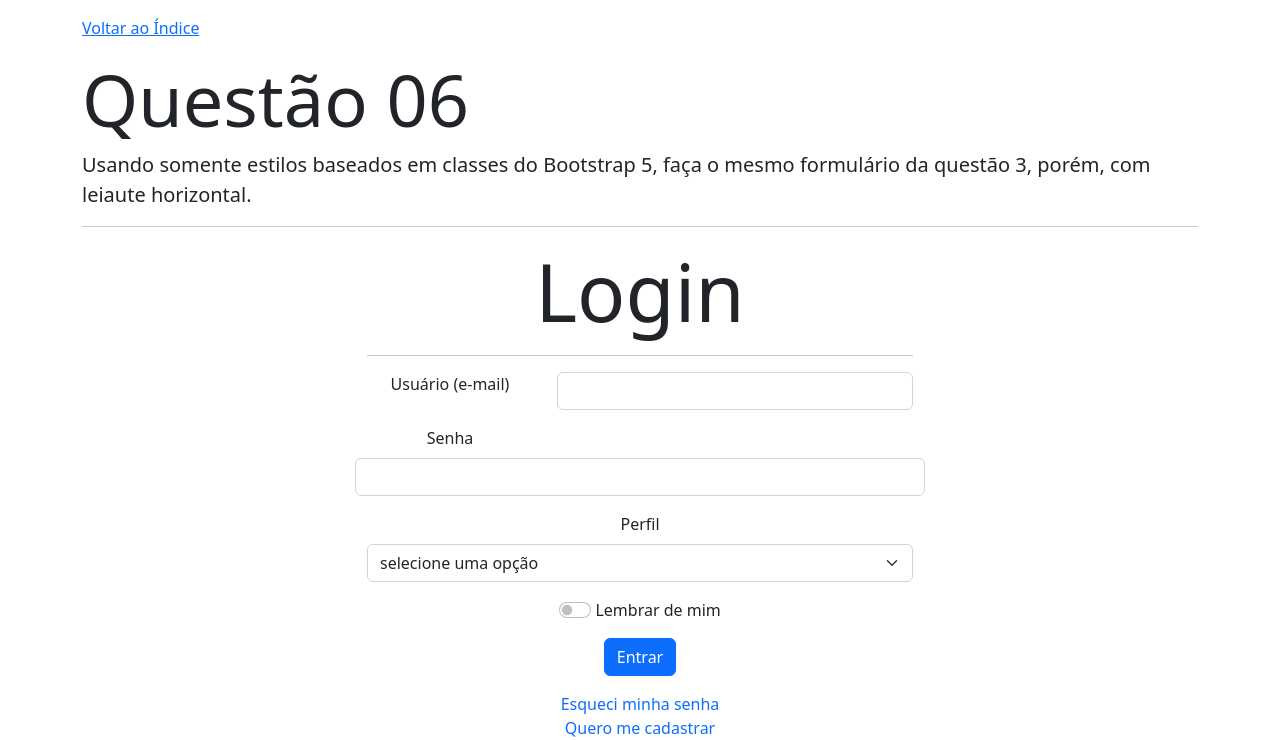
Repository: In-Game-full/Reprograme-se
Page: S-8/Atividade-Pratica-da-Semana-3-do-Replit/questao06.html
The author's editor kept a copy of each file at every save. The page is drawn from the files as they stood at one save, then again after a run of saves.
The browser window is 1280 px wide. The pictures show the whole page.

Above is the page before, as saved 2023-09-12 15:09:41.

After the next 2 saves:
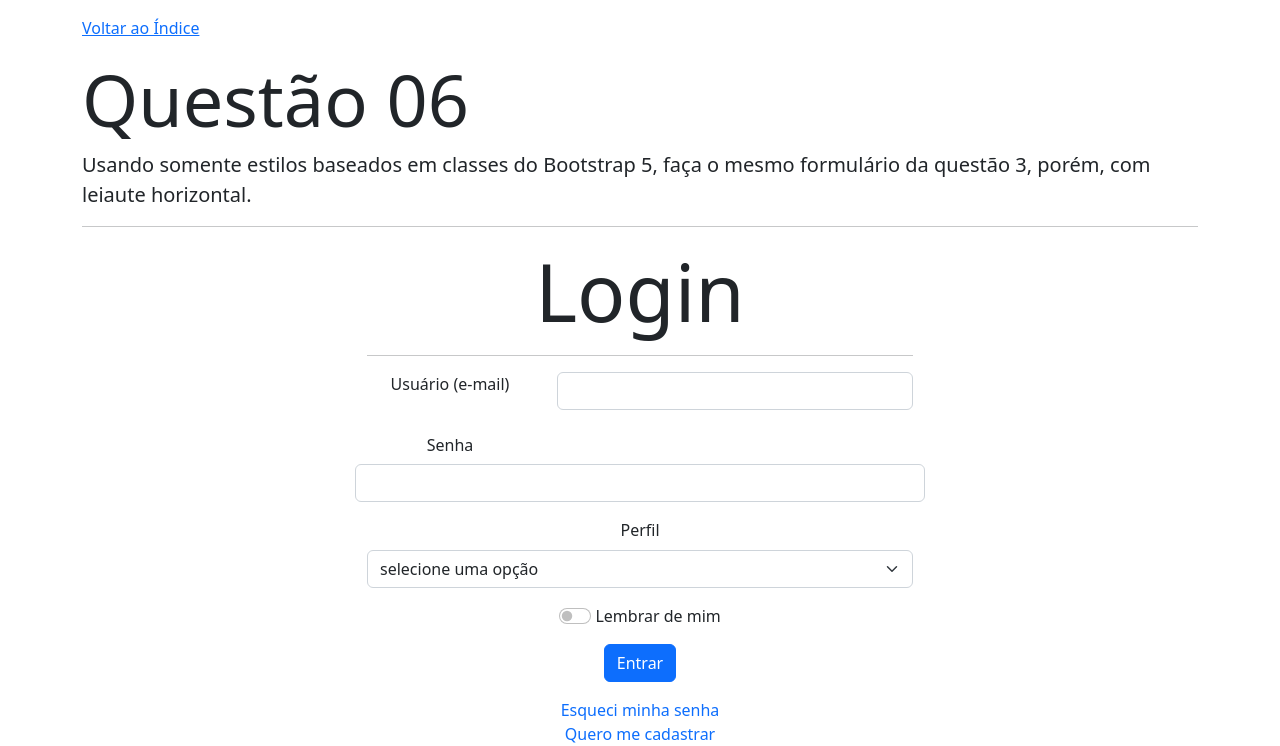
The 2 saves are shown as one change because they came seconds apart.
The last was saved 9 s later.
--- a/S-8/Atividade-Pratica-da-Semana-3-do-Replit/questao06.html
+++ b/S-8/Atividade-Pratica-da-Semana-3-do-Replit/questao06.html
@@ -37,7 +37,7 @@
                     </div>
                     <div class="row mb-3">
                         <div class="col-4">
-                            <label for="senha" class="form-label">Senha</label>
+                            <label for="senha" class="col-form-label">Senha</label>
                         </div>
 
                         <input type="text" id="senha" class="form-control">
